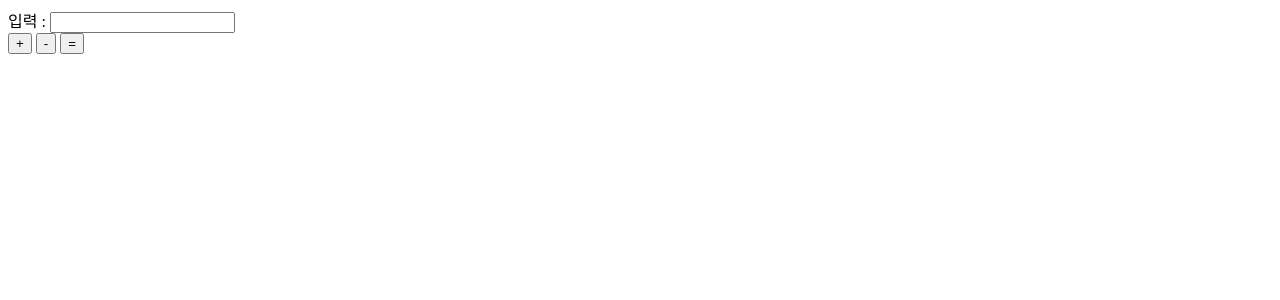
Repository: uzchu/jsp
Page: workspace/JSPPrj/src/main/webapp/calc3.html
The author's editor kept a copy of each file at every save. The page is drawn from the files as they stood at one save, then again after the next save.
The browser window is 1280 px wide. The pictures show the whole page.

Above is the page before, as saved 2021-05-26 02:15:13.

After the next save:
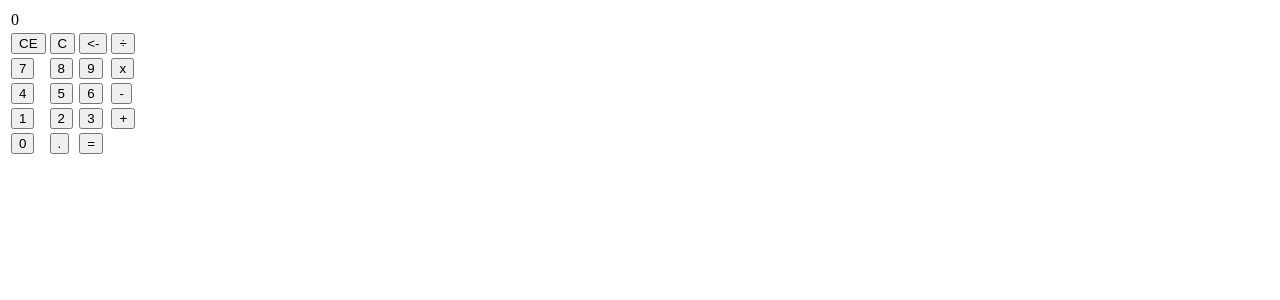
Saved 4 min 17 s later.
--- a/workspace/JSPPrj/src/main/webapp/calc3.html
+++ b/workspace/JSPPrj/src/main/webapp/calc3.html
@@ -6,15 +6,40 @@
 </head>
 <body>
 	<form action="calc3" method="post">
-		<div>
-			<label>입력 : </label>
-			<input type="text" name="v"/>
-		<div>
-			<input type="submit" name="operator" value="+"/>
-			<input type="submit" name="operator" value="-"/>
-			<input type="submit" name="operator" value="="/>
-		</div>
-		</div>
+		<table>
+			<tr>
+				<td colspan="4">0</td>
+			</tr>
+			<tr>
+				<td><input type="submit" name="operator" value="CE"/></td>
+				<td><input type="submit" name="operator" value="C"/></td>
+				<td><input type="submit" name="operator" value="<-"/></td>
+				<td><input type="submit" name="operator" value="÷"/></td>
+			</tr>
+			<tr>
+				<td><input type="submit" name="operator" value="7"/></td>
+				<td><input type="submit" name="operator" value="8"/></td>
+				<td><input type="submit" name="operator" value="9"/></td>
+				<td><input type="submit" name="operator" value="x"/></td>
+			</tr>
+			<tr>
+				<td><input type="submit" name="operator" value="4"/></td>
+				<td><input type="submit" name="operator" value="5"/></td>
+				<td><input type="submit" name="operator" value="6"/></td>
+				<td><input type="submit" name="operator" value="-"/></td>
+			</tr>
+			<tr>
+				<td><input type="submit" name="operator" value="1"/></td>
+				<td><input type="submit" name="operator" value="2"/></td>
+				<td><input type="submit" name="operator" value="3"/></td>
+				<td><input type="submit" name="operator" value="+"/></td>
+			</tr>
+			<tr>
+				<td><input type="submit" name="operator" value="0"/></td>
+				<td><input type="submit" name="operator" value="."/></td>
+				<td><input type="submit" name="operator" value="="/></td>
+			</tr>
+		</table>
 	</form>
 </body>
 </html>
